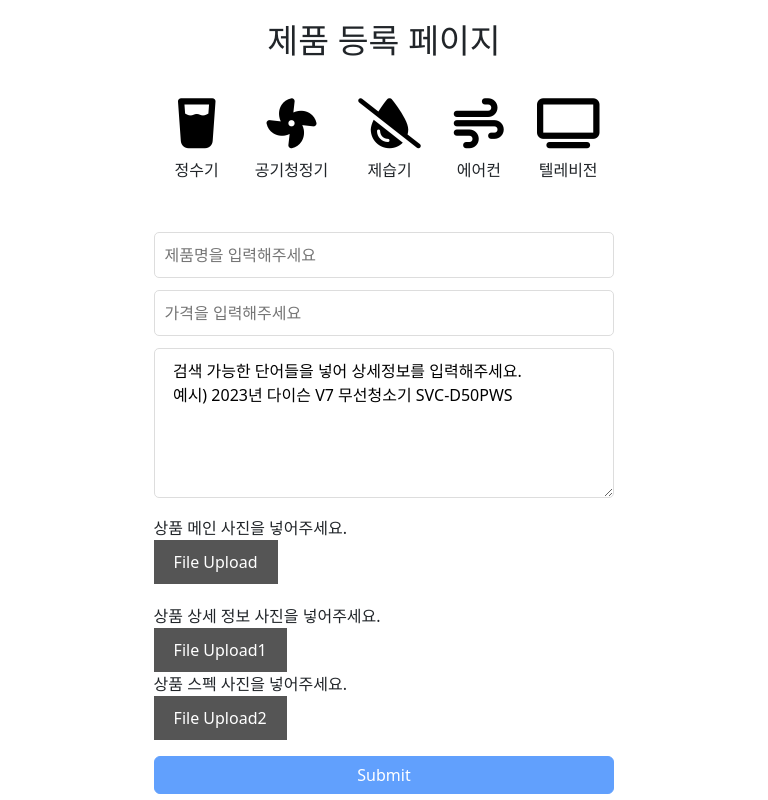
Repository: bbqju13/52si
Page: http://localhost/spring/WEB-INF/views/product/register.jsp
These files come from the project's save history. The page is drawn as it stood at one moment and after the next save; the edit follows.
The browser window is 768 px wide. The pictures show the whole page.
Some web libraries are served in a nearby version. The page is served by Tomcat 9. Nobody is signed in. Other server files are loaded and not shown. The template is opened directly, without the code that normally fills it, so the values that code supplies are empty.

Above is the page before, as saved 2023-07-29 09:15:24.

### spring/src/main/webapp/WEB-INF/views/product/register.jsp
<%@ page language="java" contentType="text/html; charset=UTF-8"
    pageEncoding="UTF-8"%>
<%@ taglib uri="http://java.sun.com/jsp/jstl/core" prefix="c" %>
<!DOCTYPE html>
<html>
<head>
<meta charset="UTF-8">
<title>Product Register Page</title>
<link rel="stylesheet" href="/resources/css/product/register.css">
<script src="https://kit.fontawesome.com/e927512ef5.js" crossorigin="anonymous"></script>
<link href="https://cdn.jsdelivr.net/npm/bootstrap@5.3.1/dist/css/bootstrap.min.css" rel="stylesheet" integrity="sha384-4bw+/aepP/YC94hEpVNVgiZdgIC5+VKNBQNGCHeKRQN+PtmoHDEXuppvnDJzQIu9" crossorigin="anonymous">
<script src="https://cdn.jsdelivr.net/npm/bootstrap@5.3.1/dist/js/bootstrap.bundle.min.js" integrity="sha384-HwwvtgBNo3bZJJLYd8oVXjrBZt8cqVSpeBNS5n7C8IVInixGAoxmnlMuBnhbgrkm" crossorigin="anonymous"></script>
</head>
<body>
	<h1>제품 등록 페이지</h1>
	 <form action="/product/register" method="post" id="registerForm" class="was-validated" enctype="multipart/form-data">
        <div id="productDiv">
            <ul>
                <li class="product" data-value="정수기">
                    <div>
                        <i class="fa-solid fa-glass-water" style="color: #000000;"></i>
                        <div class="product-name">정수기</div>
                    </div>
                </li>
                <li class="product" data-value="공기청정기">
                    <div>
                        <i class="fa-solid fa-fan" style="color: #000000;"></i>
                        <div class="product-name">공기청정기</div>
                    </div>
                </li>
                <li class="product" data-value="제습기">
                    <div>
                        <i class="fa-solid fa-droplet-slash" style="color: #000000;"></i>
                        <div class="product-name">제습기</div>
                    </div>
                </li>
                <li class="product" data-value="에어컨">
                    <div>
                        <i class="fa-solid fa-wind" style="color: #000000;"></i>
                        <div class="product-name">에어컨</div>
                    </div>
                </li>
                <li class="product" data-value="텔레비전">
                    <div>
                        <i class="fa-solid fa-tv" style="color: #000000;"></i>
                        <div class="product-name">텔레비전</div>
                    </div>
                </li>
            </ul>
        </div>
        <input type="hidden" name="type_a" id="mySelection">
        <p id="type_aError" class="error" style="color: red; display: none;">제품 카테고리를 입력해주세요.</p>
       <br>
       <input name="pname" placeholder="제품명을 입력해주세요"> <br>
       <p id="pnameError" class="error" style="color: red; display: none;">제품명을 입력해주세요.</p>
       <input id="priceInput" name="price" placeholder="가격을 입력해주세요"> <br>
       <p id="priceError" class="error" style="color: red; display: none;">숫자만 입력해주세요.</p>
       <textarea name="content" cols="50" rows="10">  검색 가능한 단어들을 넣어 상세정보를 입력해주세요.&#10;  예시) 2023년 다이슨 V7 무선청소기 SVC-D50PWS
       </textarea> <br>
       <div class="fileDiv">
       	   상품 메인 사진을 넣어주세요.<input type="file" id="files" name="files" style="display: none" class="form-control" aria-label="file example" required> <br>
	       <button type="button" id="trigger">File Upload</button> <br>
	       <div id="fileZone">

	       </div>
	   </div>

	   <div class="fileDiv">
	   	   상품 상세 정보 사진을 넣어주세요.<input type="file" id="files1" name="files" style="display: none" class="form-control" aria-label="file example" required> <br>
	       <button type="button" id="trigger1">File Upload1</button> <br>

	       <div id="fileZone1">

	       </div>
       </div>

       <div class="fileDiv">
       	   상품 스펙 사진을 넣어주세요.<input type="file" id="files2" name="files" style="display: none" class="form-control" aria-label="file example" required> <br>
	       <button type="button" id="trigger2">File Upload2</button> <br>

	       <div id="fileZone2">

	       </div>
       </div>
       <button onclick="validateButton(event)" id="regBtn" class="btn btn-primary" type="submit" disabled>Submit</button>
    </form>

	<script type="text/javascript" src="/resources/js/product/productRegister.js"></script>
	<script type="text/javascript">
	    const thereis = `<c:out value="${thereis}"/>`;
	    console.log(thereis);
	    if (thereis === "1") {
	        alert("같은 상품명이 존재합니다. 다시 입력해주세요.");
	        document.getElementById("registerForm").addEventListener("submit", function(e) {
	        });
	    }
</script>
</body>
</html>

### spring/src/main/webapp/resources/css/product/register.css
body {
    font-family: 'Helvetica Neue', Helvetica, Arial, sans-serif;
    background-color: #fff;
    color: #333;
    margin: 0;
    padding: 0;
}

h1 {
    text-align: center;
    padding: 20px 0;
}

form {
    width: 60%;
    margin: 0 auto;
}

input, textarea {
    width: 100%;
    margin: 10px;
    padding: 10px;
    font-size: 0.8em;
    border-radius: 5px;
    border: 1px solid #ddd;
    margin-bottom: 12px !important;
}

textarea {
    height: 150px;
}

li {
    list-style-type: none;
    flex: 1;
    text-align: center;
    padding: 10px;
    box-sizing: border-box;
    margin: 0 5px;
}

ul {
    display: flex;
    justify-content: space-between;
    cursor: pointer;
    padding-left: 0px !important;
    margin-bottom: 12px;
}

.product-clicked {
    background-color: rgba(128, 128, 128, 0.5);
   	padding: 10px;
   	margin-top: -10px;
    border-radius: 5px;
    animation: pop 0.6s;
}
@keyframes pop {
    0% { transform: scale(1); }
    50% { transform: scale(1.2); }
    100% { transform: scale(1); }
}

i {
    font-size: 50px;
    display: block;
    margin-bottom: 10px;
}

button {
    background-color: #555;
    color: #fff;
    border: none;
    padding: 10px 20px;
    text-align: center;
    text-decoration: none;
    display: inline-block;
    font-size: 16px;
    margin: 4px 2px;
    cursor: pointer;
}

button:hover {
    background-color: #343638;
}

#regBtn {
    width: 100%;
}

#fileZone {
    margin-bottom: 20px;
}

.product-name {
	white-space:nowrap;
}

.error {
	text-align: center;
}

#type_aError {
	margin: 0;
}

#regBtn {
	margin-top: 16px;
}

### spring/src/main/webapp/resources/js/product/productRegister.js
document.getElementById('trigger').addEventListener('click', () => {
    document.getElementById('files').click();
})

document.getElementById('trigger1').addEventListener('click', () => {
    document.getElementById('files1').click();
})

document.getElementById('trigger2').addEventListener('click', () => {
    document.getElementById('files2').click();
})

const regExp = new RegExp("\.(exe|sh|bat|msi|dll|js)$");
const regExpImg = new RegExp("\.(jpg|jpeg|png|gif|bmp)$");
const maxSize = 1024*1024*20;

function fileSizeValidation(fileName, fileSize) {
    if(regExp.test(fileName)) {
        return 0;
    } else if(fileSize > maxSize) {
        return 0;
    } else {
        return 1;
    }
}

document.addEventListener('change', (e) => {
    console.log(e.target);
    if(e.target.id=='files') {
        document.getElementById('regBtn').disabled=false;
        const fileObject = document.getElementById('files').files;
        console.log(fileObject);

        let div = document.getElementById('fileZone');
        div.innerHTML = '';
        let ul = `<ul>`;
        let isOk = 1;
        for(let file of fileObject) {
            console.log(file);
            let validResult = fileSizeValidation(file.name, file.size);
            isOk*=validResult;
            ul += `<li>`;
            ul += `${validResult ? '<div>업로드 가능':'<div>업로드 불가능'}</div>`;
            ul += `${file.name}`;
            ul += `<span class="badge rounded-pill text-bg-${validResult?'success':'danger'}">${file.size}Bytes</span></li>`;
        }
        ul += `</ul>`;
        div.innerHTML = ul;
        if(isOk==0) {
            document.getElementById('regBtn').disabled = true;
        }

    }
})

document.addEventListener('change', (e) => {
    console.log(e.target);
    if(e.target.id=='files1') {
        document.getElementById('regBtn').disabled=false;
        const fileObject = document.getElementById('files1').files;
        console.log(fileObject);

        let div1 = document.getElementById('fileZone1');
        div1.innerHTML = '';
        let ul = `<ul>`;
        let isOk = 1;
        for(let file of fileObject) {
            console.log(file);
            let validResult = fileSizeValidation(file.name, file.size);
            isOk*=validResult;
            ul += `<li>`;
            ul += `${validResult ? '<div>업로드 가능':'<div>업로드 불가능'}</div>`;
            ul += `${file.name}`;
            ul += `<span class="badge rounded-pill text-bg-${validResult?'success':'danger'}">${file.size}Bytes</span></li>`;
        }
        ul += `</ul>`;
        div1.innerHTML = ul;
        if(isOk==0) {
            document.getElementById('regBtn').disabled = true;
        }

    }
})

document.addEventListener('change', (e) => {
    console.log(e.target);
    if(e.target.id=='files2') {
        document.getElementById('regBtn').disabled=false;
        const fileObject = document.getElementById('files2').files;
        console.log(fileObject);

        let div1 = document.getElementById('fileZone2');
        div1.innerHTML = '';
        let ul = `<ul>`;
        let isOk = 1;
        for(let file of fileObject) {
            console.log(file);
            let validResult = fileSizeValidation(file.name, file.size);
            isOk*=validResult;
            ul += `<li>`;
            ul += `${validResult ? '<div>업로드 가능':'<div>업로드 불가능'}</div>`;
            ul += `${file.name}`;
            ul += `<span class="badge rounded-pill text-bg-${validResult?'success':'danger'}">${file.size}Bytes</span></li>`;
        }
        ul += `</ul>`;
        div1.innerHTML = ul;
        if(isOk==0) {
            document.getElementById('regBtn').disabled = true;
        }

    }
})

window.onload = function(){
    var products = document.querySelectorAll('.product');
    products.forEach(function(product){
        product.addEventListener('click', function(e){
            // remove product-clicked from all products
            products.forEach(function(prod){
                prod.firstElementChild.classList.remove('product-clicked');
            });

            // add product-clicked to the clicked product
            e.currentTarget.firstElementChild.classList.add('product-clicked');

            // update the hidden input with the data-value of the clicked product
            document.getElementById('mySelection').value = e.currentTarget.dataset.value;
        });
    });
}

function validateButton(event) {
    var type_aInput = document.querySelector('input[name="type_a"]');
    var type_aError = document.getElementById("type_aError");
    var pnameInput = document.querySelector('input[name="pname"]');
    var pnameError = document.getElementById("pnameError");
    var priceInput = document.querySelector('input[name="price"]');
    var priceError = document.getElementById("priceError");
    var contentTextarea = document.querySelector('textarea[name="content"]');
    var isFormValid = true; // 폼 유효성 검사 결과
    console.log(isFormValid);

    if (type_aInput.value.trim() === "") {
        isFormValid = false;
        type_aError.style.display = "block";
    } else {
        type_aError.style.display = "none";
    }

    if (pnameInput.value.trim() === "") {
        isFormValid = false;
        pnameError.style.display = "block";
    } else {
        pnameError.style.display = "none";
    }

    if (priceInput.value.trim() === "" || isNaN(priceInput.value)) {
        isFormValid = false;
        priceError.style.display = "block";
    } else {
        priceError.style.display = "none";
    }

    if (contentTextarea.value.trim() === "") {
        isFormValid = false;
    }

    console.log(isFormValid);
    // 폼 전송 막기
    if (!isFormValid) {
        event.preventDefault();
    }
}

After the next save:
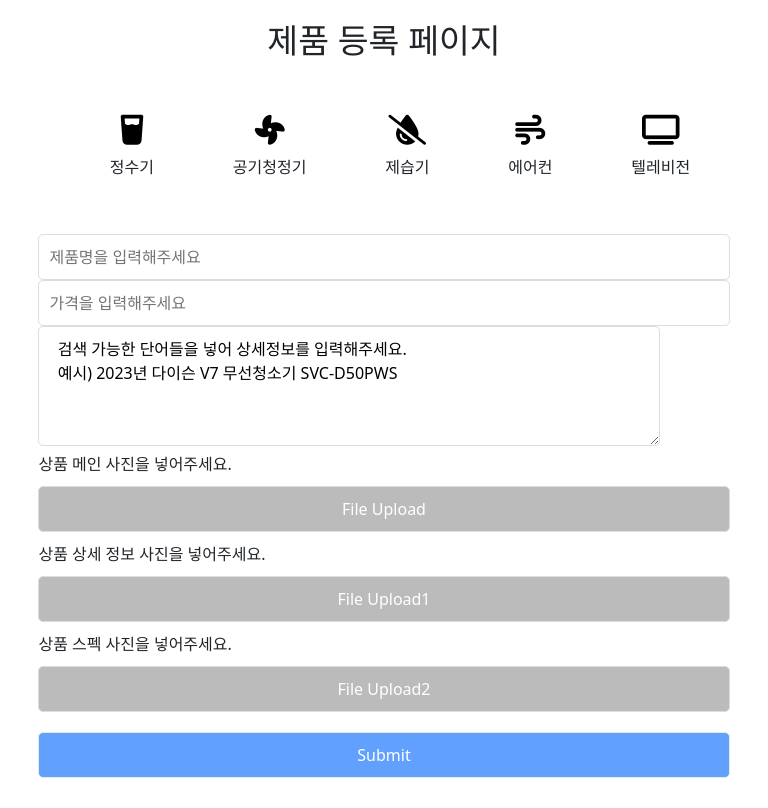
Saved 25 h 17 min later.
--- a/spring/src/main/webapp/resources/css/product/register.css
+++ b/spring/src/main/webapp/resources/css/product/register.css
@@ -1,9 +1,9 @@
 body {
     font-family: 'Helvetica Neue', Helvetica, Arial, sans-serif;
-    background-color: #fff;
-    color: #333;
     margin: 0;
     padding: 0;
+    color: #333;
+    background-color: #fff;
 }
 
 h1 {
@@ -11,98 +11,86 @@ h1 {
     padding: 20px 0;
 }
 
-form {
-    width: 60%;
-    margin: 0 auto;
+form, textarea, button {
+    width: 80%;
+    margin: 20px auto;
 }
 
-input, textarea {
+input, textarea, #trigger, #trigger1, #trigger2, #regBtn {
+    margin: 10px 0;
+    padding: 10px;
+    border: 1px solid #ddd;
+    border-radius: 5px;
     width: 100%;
-    margin: 10px;
-    padding: 10px;
-    font-size: 0.8em;
-    border-radius: 5px;
-    border: 1px solid #ddd;
-    margin-bottom: 12px !important;
+    font-size: 16px;
 }
 
 textarea {
-    height: 150px;
-}
-
-li {
-    list-style-type: none;
-    flex: 1;
-    text-align: center;
-    padding: 10px;
-    box-sizing: border-box;
-    margin: 0 5px;
+    height: 120px;
 }
 
 ul {
     display: flex;
-    justify-content: space-between;
-    cursor: pointer;
-    padding-left: 0px !important;
-    margin-bottom: 12px;
+    flex-wrap: wrap;
+    justify-content: space-evenly;
+    padding: 0;
+}
+
+li {
+    list-style: none;
+    padding: 10px;
+    margin: 5px 5px;
+    text-align: center;
+    flex-grow: 1;
 }
 
 .product-clicked {
     background-color: rgba(128, 128, 128, 0.5);
-   	padding: 10px;
-   	margin-top: -10px;
+    padding: 10px;
     border-radius: 5px;
     animation: pop 0.6s;
 }
+
 @keyframes pop {
     0% { transform: scale(1); }
-    50% { transform: scale(1.2); }
+    50% { transform: scale(1.1); }
     100% { transform: scale(1); }
 }
 
 i {
-    font-size: 50px;
+    font-size: 40px;
     display: block;
     margin-bottom: 10px;
+    color: #555;
 }
 
 button {
-    background-color: #555;
+    background-color: #bbb;
     color: #fff;
     border: none;
     padding: 10px 20px;
     text-align: center;
-    text-decoration: none;
-    display: inline-block;
     font-size: 16px;
-    margin: 4px 2px;
     cursor: pointer;
+    border-radius: 5px;
+    margin: 20px 0;
+    transition: 0.3s;
 }
 
 button:hover {
-    background-color: #343638;
+    background-color: #999;
 }
 
-#regBtn {
-    width: 100%;
+.center {
+    text-align: center;
 }
 
-#fileZone {
-    margin-bottom: 20px;
+@media (max-width: 768px) {
+    form, textarea, button {
+        width: 90%;
+    }
+
+    i {
+        font-size: 30px;
+    }
 }
-
-.product-name {
-	white-space:nowrap;
-}
-
-.error {
-	text-align: center;
-}
-
-#type_aError {
-	margin: 0;
-}
-
-#regBtn {
-	margin-top: 16px;
-}
